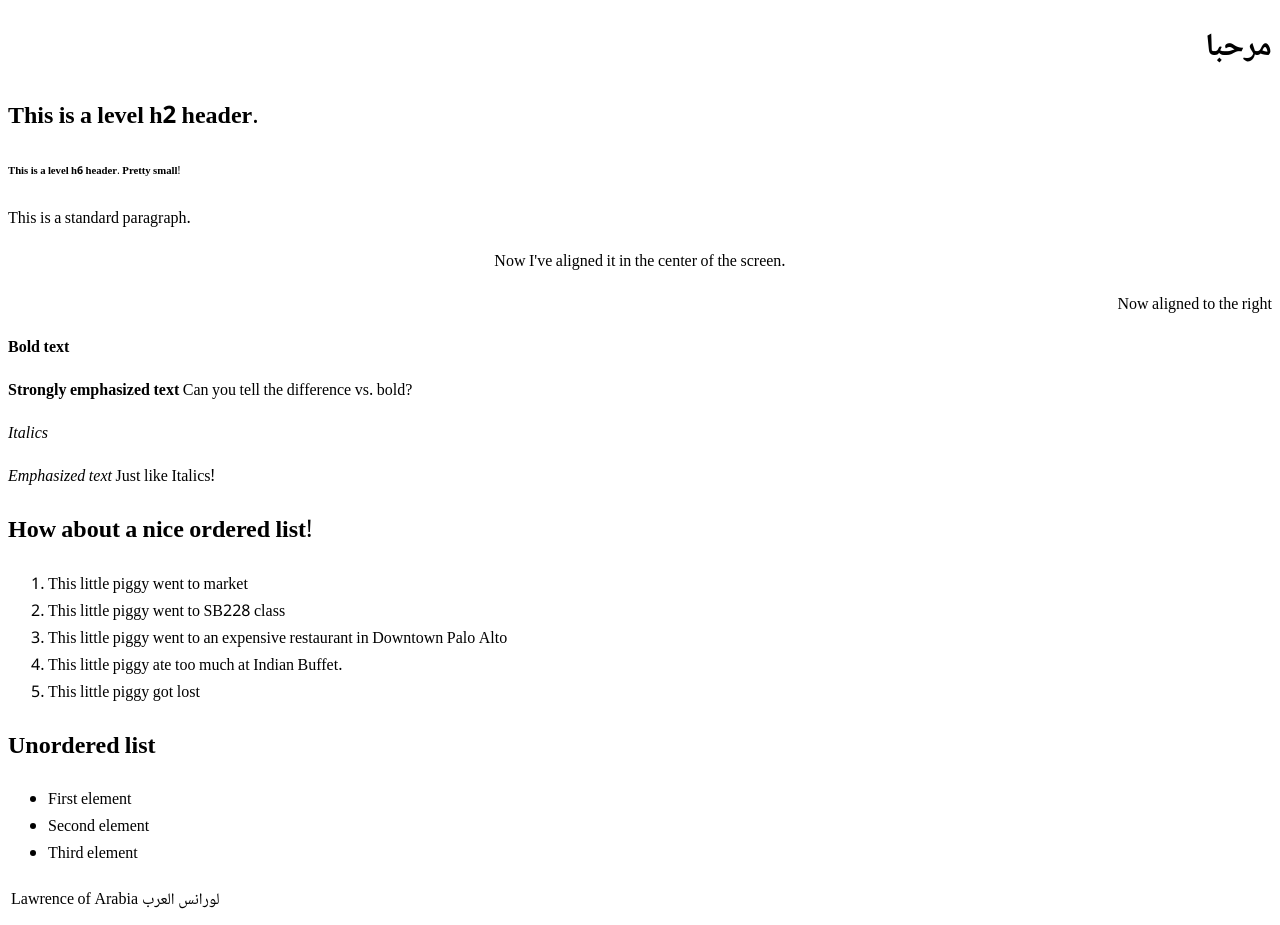
Repository: khanshakiil/ArabicHTMLToPDF
Page: HospitalFrontDesk/src/main/resources/html.html
These files come from the project's save history. The page is drawn as it stood at one moment and after the next save; the edit follows.
The browser window is 1280 px wide. The pictures show the whole page.

Above is the page before, as saved 2020-03-05 19:16:37.

### HospitalFrontDesk/src/main/resources/html.html
<!DOCTYPE html>
<html>

<head>
<title dir="rtl"></title>
</head>

<body style="font-family: Noto Naskh Arabic">
<h1 dir="rtl" style="font-family: Noto Naskh Arabic">مرحبا</h1>

<h2>This is a level h2 header.</h2>

<h6>This is a level h6 header.  Pretty small!</h6>

<p>This is a standard paragraph.</p>

<p align=center>Now I've aligned it in the center of the screen.</p>

<p align=right>Now aligned to the right</p>

<p><b>Bold text</b></p>

<p><strong>Strongly emphasized text</strong>  Can you tell the difference vs. bold?</p>

<p><i>Italics</i></p>

<p><em>Emphasized text</em>  Just like Italics!</p>

<h2>How about a nice ordered list!</h2>
<ol>
  <li>This little piggy went to market</li>
  <li>This little piggy went to SB228 class</li>
  <li>This little piggy went to an expensive restaurant in Downtown Palo Alto</li>
  <li>This little piggy ate too much at Indian Buffet.</li>
  <li>This little piggy got lost</li>
</ol>

<h2>Unordered list</h2>
<ul>
  <li>First element</li>
  <li>Second element</li>
  <li>Third element</li>
</ul>

<table>
<tr>
<td>Lawrence of Arabia</td>
<td dir="rtl" style="font-family: Noto Naskh Arabic">لورانس العرب</td>
</tr>
</table>
</body>

</html>

After the next save:
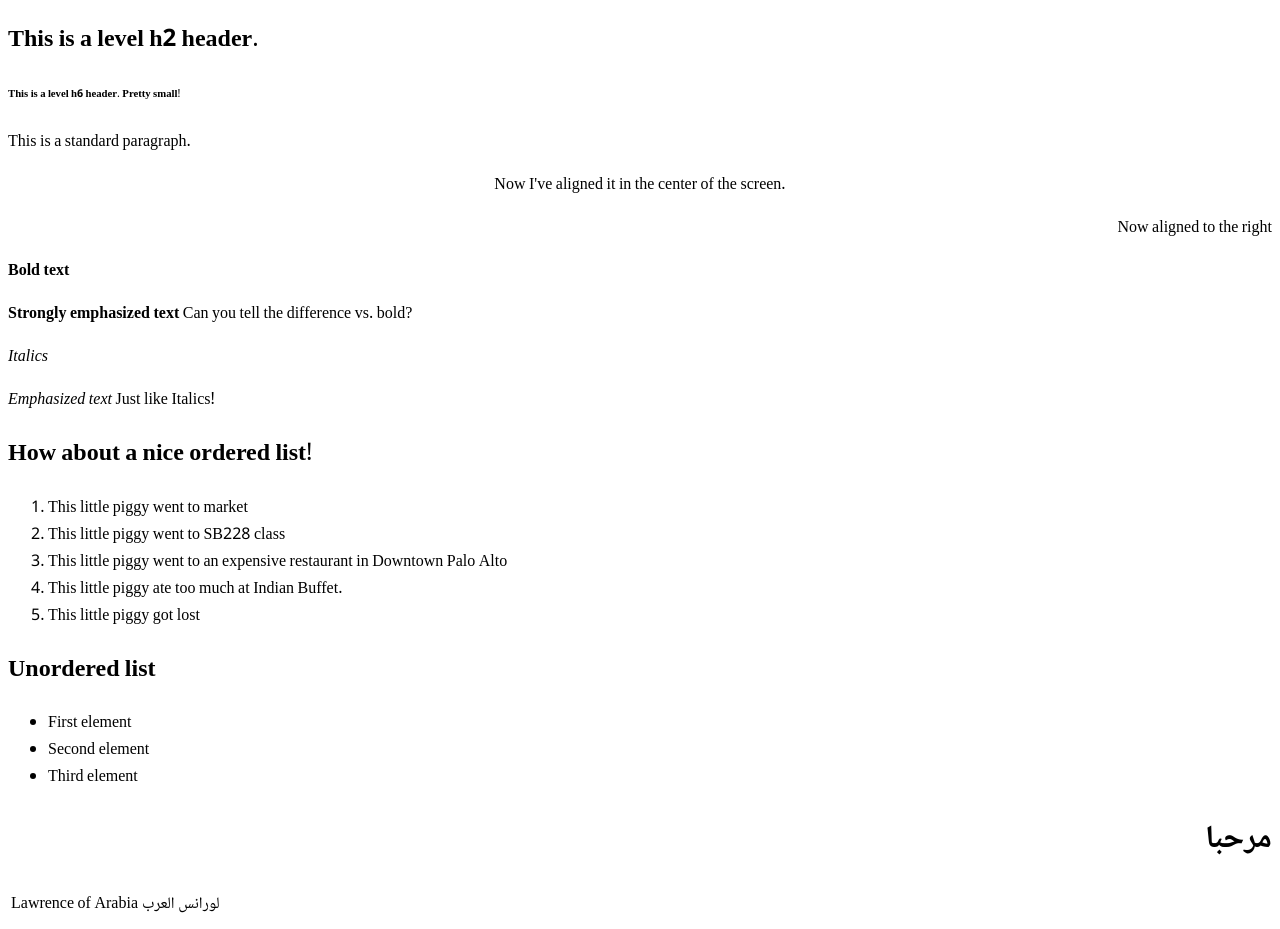
Saved 48 s later.
--- a/HospitalFrontDesk/src/main/resources/html.html
+++ b/HospitalFrontDesk/src/main/resources/html.html
@@ -6,7 +6,7 @@
 </head>
 
 <body style="font-family: Noto Naskh Arabic">
-<h1 dir="rtl" style="font-family: Noto Naskh Arabic">مرحبا</h1>
+
 
 <h2>This is a level h2 header.</h2>
 
@@ -46,6 +46,7 @@
 <tr>
 <td>Lawrence of Arabia</td>
 <td dir="rtl" style="font-family: Noto Naskh Arabic">لورانس العرب</td>
+<h1 dir="rtl" style="font-family: Noto Naskh Arabic">مرحبا</h1>
 </tr>
 </table>
 </body>
